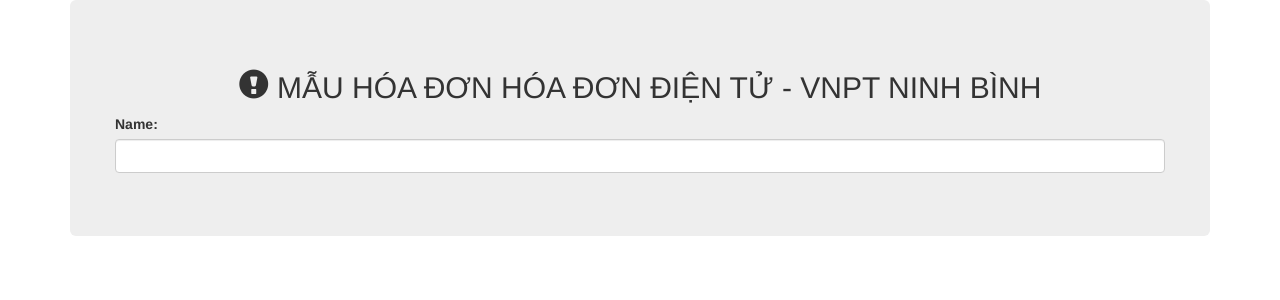
Repository: hoadonvnptninhbinh/hoadonvnptninhbinh
Page: index.html
The author's editor kept a copy of each file at every save. The page is drawn from the files as they stood at one save, then again after the next save.
The browser window is 1280 px wide. The pictures show the whole page.

Above is the page before, as saved 2020-04-07 14:21:47.

### index.html
<!DOCTYPE html>
<html lang="en">
  <head>
    <meta charset="utf-8">
    <meta http-equiv="X-UA-Compatible" content="IE=edge">
    <meta name="viewport" content="width=device-width, initial-scale=1">
    <!-- The above 3 meta tags *must* come first in the head; any other head content must come *after* these tags -->
    <title>VNPT Ninh Bình - Mẫu Hóa Đơn HDĐT</title>

    <!-- Bootstrap -->
    <link href="plugin/bootstrap/css/bootstrap.min.css" rel="stylesheet">
    <link href="plugin/bootstrap/css/bootstrap-theme.min.css" rel="stylesheet">

  </head>
  <body>
      <div class='container'>
          <div class="jumbotron">
            <h2 style="text-align: center;"><span class="glyphicon glyphicon-exclamation-sign"></span> MẪU HÓA ĐƠN HÓA ĐƠN ĐIỆN TỬ - VNPT NINH BÌNH</h2>
            <div class="row">
                <div class="form-group">
                    <label for="usr">Name:</label>
                    <input type="text" class="form-control" id="usr">
                  </div>
            </div>
          </div>
      </div>

    <!-- jQuery (necessary for Bootstrap's JavaScript plugins) -->
    <script src="js/jquery.min.js"></script>
    <!-- Include all compiled plugins (below), or include individual files as needed -->
    <script src="plugin/bootstrap/js/bootstrap.min.js"></script>
  </body>
</html>

Loaded but not shown: plugin/bootstrap/css/bootstrap.min.css (library); plugin/bootstrap/css/bootstrap-theme.min.css (library); js/jquery.min.js (library); plugin/bootstrap/js/bootstrap.min.js (library)

After the next save:
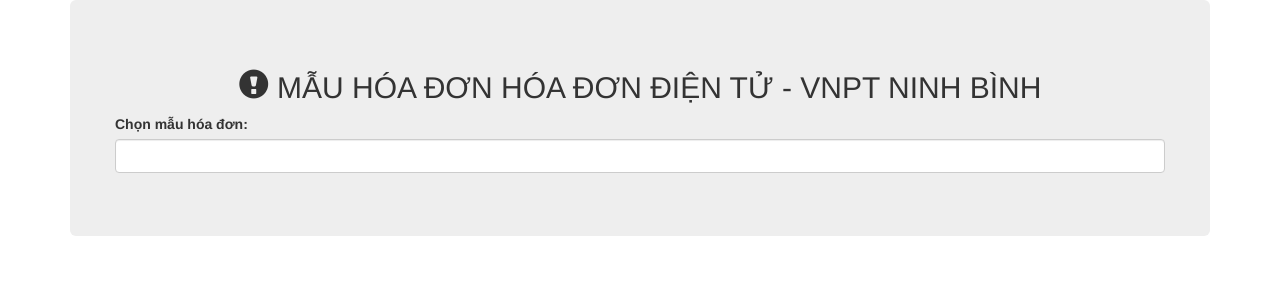
Saved 9 s later.
--- a/index.html
+++ b/index.html
@@ -18,7 +18,7 @@
             <h2 style="text-align: center;"><span class="glyphicon glyphicon-exclamation-sign"></span> MẪU HÓA ĐƠN HÓA ĐƠN ĐIỆN TỬ - VNPT NINH BÌNH</h2>
             <div class="row">
                 <div class="form-group">
-                    <label for="usr">Name:</label>
+                    <label for="usr">Chọn mẫu hóa đơn:</label>
                     <input type="text" class="form-control" id="usr">
                   </div>
             </div>
